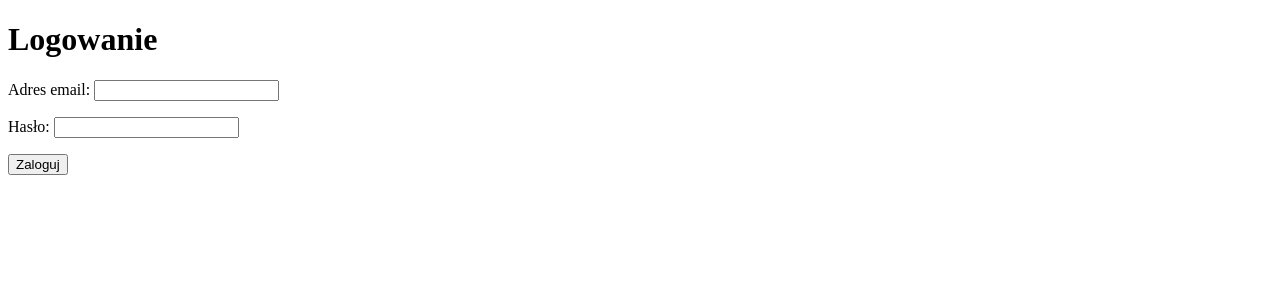
Repository: SirRabbitt/Aplikacja-crud-z-logowaniem-php-js-
Page: http://localhost/login.php
These files come from the project's save history. The page is drawn as it stood at one moment and after the next save; the edit follows.
The browser window is 1280 px wide. The pictures show the whole page.
The page is run by PHP 8.4 with error messages shown; the project is at /var/www/html/. pdo.php is not in the repository; a stand-in opens the database connection.

Above is the page before, as saved 2024-05-21 12:34:12.

After the next save:
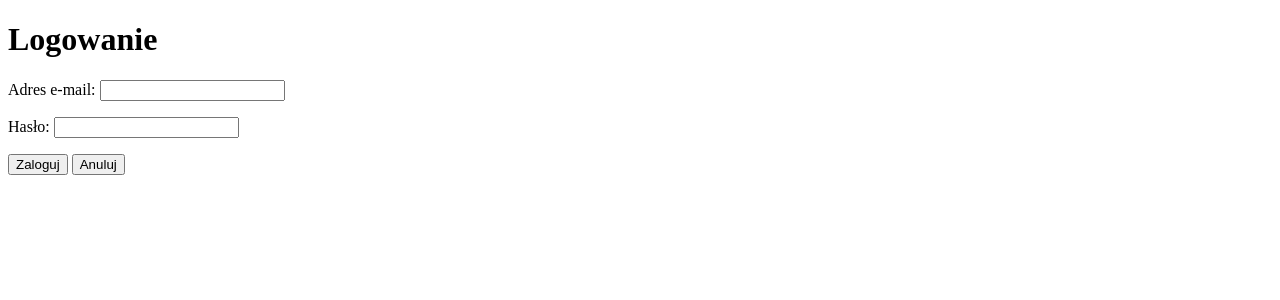
Saved 14 s later.
--- a/login.php
+++ b/login.php
@@ -2,37 +2,29 @@
 session_start();
 require_once "pdo.php";
 
-// Sprawdzenie, czy użytkownik jest już zalogowany
-if ( isset($_SESSION['user_id']) ) {
-    header('Location: index.php');
+if (isset($_POST['cancel'])) {
+    header("Location: index.php");
     return;
 }
 
-// Obsługa logowania
-if ( isset($_POST['email']) && isset($_POST['pass']) ) {
-    unset($_SESSION['user_id']); // W przypadku niepowodzenia logowania, zapobiega pozostawaniu zalogowanym
-
-    if ( strlen($_POST['email']) < 1 || strlen($_POST['pass']) < 1 ) {
+if (isset($_POST['email']) && isset($_POST['pass'])) {
+    if (strlen($_POST['email']) < 1 || strlen($_POST['pass']) < 1) {
         $_SESSION['error'] = "Wszystkie pola są wymagane";
-        header('Location: login.php');
+        header("Location: login.php");
         return;
     } else {
-        $sql = "SELECT user_id, name FROM users WHERE email = :email AND password = :pass";
-        $stmt = $pdo->prepare($sql);
-        $stmt->execute(array(
-            ':email' => $_POST['email'],
-            ':pass' => $_POST['pass'])
-        );
+        $check = hash('md5', 'XyZzy12*_'.$_POST['pass']);
+        $stmt = $pdo->prepare("SELECT user_id, name FROM users WHERE email = :em AND password = :pw");
+        $stmt->execute(array(':em' => $_POST['email'], ':pw' => $check));
         $row = $stmt->fetch(PDO::FETCH_ASSOC);
-
-        if ( $row !== false ) {
+        if ($row !== false) {
+            $_SESSION['name'] = $row['name'];
             $_SESSION['user_id'] = $row['user_id'];
-            $_SESSION['success'] = "Zalogowano jako ".$row['name'];
-            header('Location: index.php');
+            header("Location: index.php");
             return;
         } else {
-            $_SESSION['error'] = "Nieprawidłowe dane logowania";
-            header('Location: login.php');
+            $_SESSION['error'] = "Niepoprawny adres e-mail lub hasło";
+            header("Location: login.php");
             return;
         }
     }
@@ -41,22 +33,21 @@ if ( isset($_POST['email']) && isset($_POST['pass']) ) {
 <!DOCTYPE html>
 <html>
 <head>
-    <title>Twoje Imię - Logowanie</title>
+<title>Logowanie</title>
 </head>
 <body>
 <h1>Logowanie</h1>
 <?php
-if ( isset($_SESSION['error']) ) {
-    echo '<p style="color:red">'.$_SESSION['error']."</p>\n";
+if (isset($_SESSION['error'])) {
+    echo "<p style='color:red'>".$_SESSION['error']."</p>";
     unset($_SESSION['error']);
 }
 ?>
-<form method="post">
-    <p>Adres email:
-        <input type="text" name="email"></p>
-    <p>Hasło:
-        <input type="password" name="pass"></p>
-    <input type="submit" value="Zaloguj">
+<form method="POST">
+<p>Adres e-mail: <input type="text" name="email"></p>
+<p>Hasło: <input type="password" name="pass"></p>
+<input type="submit" value="Zaloguj">
+<input type="submit" name="cancel" value="Anuluj">
 </form>
 </body>
 </html>
